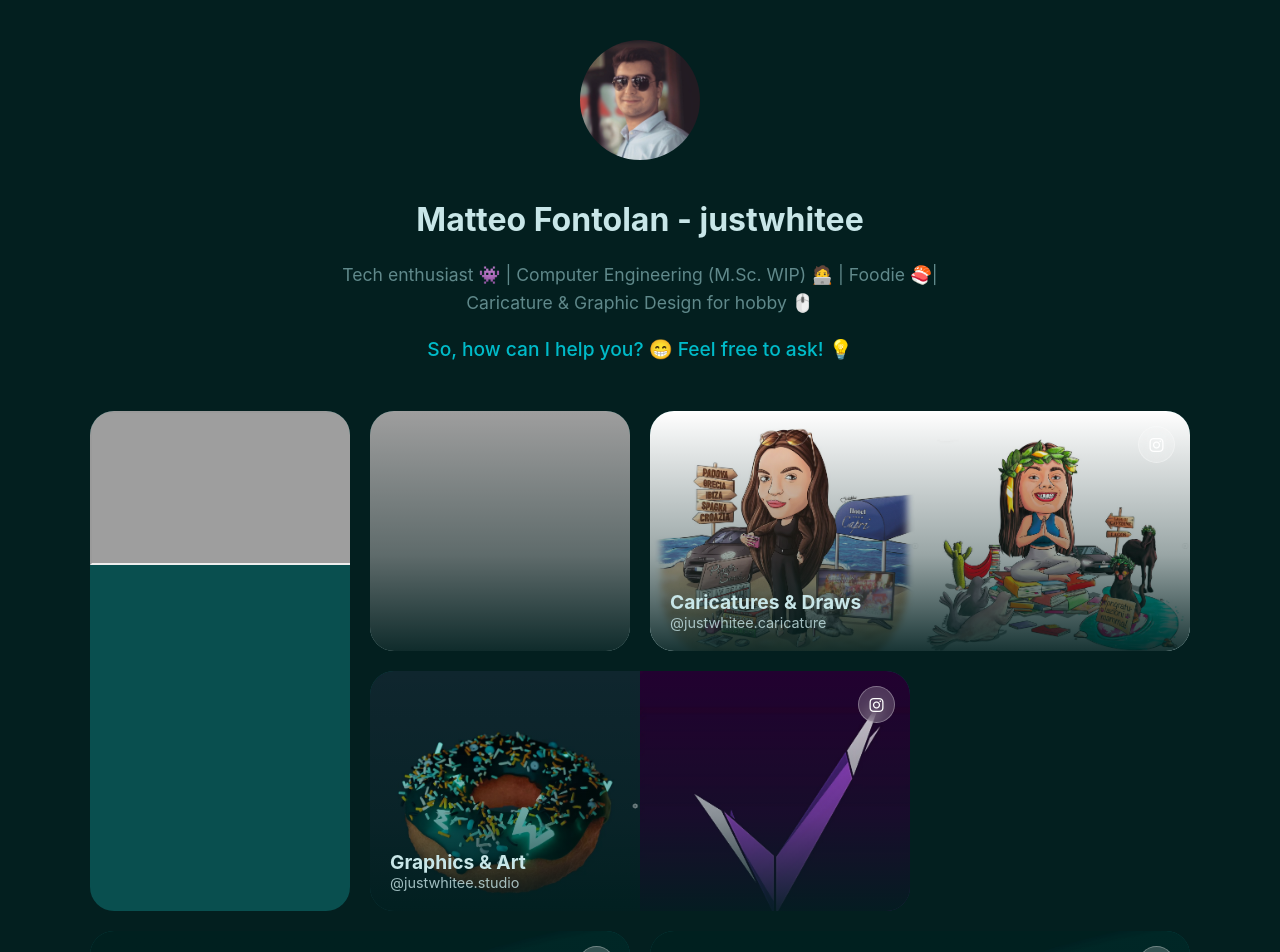
Repository: itsjustwhitee/itsjustwhitee.github.io
Page: bento/index.html
These files come from the project's save history. The page is drawn as it stood at one moment and after the next save; the edit follows.
The browser window is 1280 px wide. The pictures show the part of the page from y = 0 to 952 px (the page is 2251 px tall).
Pictures or frames that could not be fetched are drawn as grey boxes.

Above is the page before, as saved 2026-01-17 21:45:44.

### bento/index.html
<!DOCTYPE html>
<html lang="en">
<head>
    <meta charset="UTF-8">
    <meta name="viewport" content="width=device-width, initial-scale=1.0">
    <title>justwhitee's bento</title>
    <link rel="stylesheet" href="style.css">
    <link rel="stylesheet" href="https://cdnjs.cloudflare.com/ajax/libs/font-awesome/6.5.1/css/all.min.css">
</head>
<body>
    <div class="container">
        <!-- Profile Header -->
        <header class="profile-header">
            <img src="./assets/propic.jpg" alt="That should've been me :C" class="profile-pic">
            <h1>Matteo Fontolan - justwhitee</h1>
            <p class="bio">Tech enthusiast 👾 | Computer Engineering (M.Sc. WIP) 🧑‍💻 | Foodie 🍣| Caricature & Graphic Design for hobby 🖱️
            </p>
            <p class="cta">So, how can I help you? 😁 Feel free to ask! 💡</p>
        </header>

        <!-- Bento Grid -->
        <main class="bento-grid" id="bento-grid">
            <!-- Contents will be displayed here by JS -->
        </main>
    </div>
    <script src="script.js"></script>
</body>
</html>

### bento/style.css
:root {
    --bg-color: #031f1f;
    --card-bg: #094f4f;
    --text-light: #c8e6e8;
    --text-dim: #60898b;
    --accent: #00bbc9;
    --radius: 24px;
}

body {
    font-family: 'Inter', sans-serif;
    background-color: var(--bg-color);
    color: var(--text-light);
    margin: 0;
    padding: 40px 20px;
}

.container {
    max-width: 1100px;
    margin: 0 auto;
}

.profile-header {
    text-align: center;
    margin-bottom: 50px;
}

.profile-pic {
    width: 120px;
    height: 120px;
    border-radius: 50%;
    object-fit: cover;
    margin-bottom: 15px;
}

/* Dinamic Grid */
.bento-grid {
    display: grid;
    grid-template-columns: repeat(4, 1fr); /* 4 columns on desktop */
    grid-auto-rows: 240px; /* Base height of every slot */
    gap: 20px;
}

/* Base Card */
.card {
    position: relative;
    background: var(--card-bg);
    border-radius: var(--radius);
    transition: transform 0.3s ease;
    overflow: hidden;
}

.card:hover {
    transform: translateY(-5px);
}

/* Cards dimensions */
.small { grid-column: span 1; grid-row: span 1; } /* Square 1x1 */
.wide  { grid-column: span 2; grid-row: span 1; } /* Horizontal Rectangle 2x1 */
.tall  { grid-column: span 1; grid-row: span 2; } /* Vertical Rectangle 1x2 */
.large { grid-column: span 2; grid-row: span 2; } /* Large Square 2x2 */

/* Overlay for background images (for text readability) */
.card-image-bg {
    position: absolute;
    top: 0; left: 0; width: 100%; height: 100%;
    background-size: cover;
    background-position: center;
    z-index: 1;
    transition: transform 0.5s ease;
}
.card-image-bg[style*="background-color"] {
    opacity: 1;
}

/* Internal Cards styles */
.card h3 {
    font-size: 1.3rem;
    margin: 0;
    font-weight: 700;
    /* text-shadow: 0 2px 4px rgba(0,0,0,0.5); /* Leggibilità sopra le foto */
}
.card p {
    font-size: 0.9rem;
    opacity: 0.9;
    margin-top: 5px;
}

/* Responsive: scale tablet and mobile */
@media (max-width: 900px) {
    .bento-grid { grid-template-columns: repeat(2, 1fr); }
}

@media (max-width: 600px) {
    .bento-grid {
        grid-template-columns: 1fr;
        grid-auto-rows: auto;
    }
    .small, .wide, .tall, .large {
        grid-column: span 1;
        grid-row: auto;
        min-height: 250px;
    }
}
.card.wide[style*="background-color"] .overlay {
    justify-content: center;
}

.overlay {
    position: absolute;
    bottom: 0;
    left: 0;
    width: 100%;
    height: 100%;
    /* Gradiente scuro dal basso verso l'alto per far risaltare il testo bianco */
    background: linear-gradient(to top, rgba(0, 31, 31, 0.9) 0%, rgba(0, 31, 31, 0.4) 40%, transparent 100%);
    display: flex;
    flex-direction: column;
    justify-content: flex-end;
    padding: 20px;
    box-sizing: border-box;
    z-index: 2;
}

.bio {
    font-size: 1.1rem;
    color: var(--text-dim);
    max-width: 600px;
    margin: 10px auto;
    line-height: 1.6;
}

.cta {
    font-size: 1.2rem;
    font-weight: 500;
    margin-top: 20px;
    color: var(--accent);
}

/* linkable cards (graphical elements) */
.card-link {
    text-decoration: none;
    color: inherit;
    cursor: pointer;
    display: block;
}

/* Hover effect more emphatized*/
.card-link:hover .card-image-bg {
    transform: scale(1.1);
}

/* Avoid that the iframe "eats" the click if the card is a link */
.iframe-container {
    width: 100%;
    height: 100%;
    pointer-events: none; /* Makes the iframe non-interactive so the click passes to the card */
}

/* Allign title and icon in a row */
.title-row {
    display: flex;
    align-items: center;
    gap: 12px;
    margin-bottom: 5px;
}

.card-icon {
    font-size: 1.5rem; /* icon size */
    display: flex;
    align-items: center;
    justify-content: center;
}

.overlay h3 {
    margin: 0;
    font-size: 1.2rem;
}

.overlay p {
    margin: 0;
    font-size: 0.9rem;
    opacity: 0.8;
}

/* Grid for Instagram manual cards */
.ig-grid-container {
    display: grid;
    grid-template-columns: 1fr 1fr;
    grid-template-rows: 1fr 1fr;
    width: 100%;
    height: 100%;
    gap: 0;
}

.ig-photo {
    width: 100%;
    height: 100%;
    object-fit: cover;
}

/* Icon in the corner for cards with links */
.card-corner-icon {
    position: absolute;
    top: 15px;
    right: 15px;
    z-index: 10;
    background: rgba(255, 255, 255, 0.2);
    backdrop-filter: blur(8px); /* glass blurred effect */
    width: 35px;
    height: 35px;
    border-radius: 50%;
    display: flex;
    align-items: center;
    justify-content: center;
    color: white;
    font-size: 1rem;
    border: 1px solid rgba(255, 255, 255, 0.3);
}

/* Card fix for white ones */
/* If the background is white, the text must become dark to be readable */
.card[style*="background-color: #ffffff"] .overlay,
.card[style*="background-color: white"] .overlay {
    background: rgba(255, 255, 255, 0.1); /* Remove the dark gradient */
    color: #031f1f; /* Dark color same as your --bg-color */
}

.card[style*="background-color: #ffffff"] .card-icon {
    color: #031f1f;
}

/* Center content for cards without image (only color) */
.card-image-bg[style*="background-color"] + .overlay {
    justify-content: center;
    align-items: center;
    text-align: center;
    background: none; /* Remove gradient if it's only a solid color */
}

### bento/script.js
const bentoData = [
    {
        // GitHub
        type: "iframe",
        size: "tall",
        src: "https://github-readme-stats.vercel.app/api?username=itsjustwhitee&show_icons=true&theme=dark&hide_border=true",
    },
    {
        type: "image",
        size: "small",
        bg: "assets/logo_itsjustwhitee.png",
    },
    {
        type: "instagram-manual",
        size: "wide",
        title: "Caricatures & Draws",
        username: "@justwhitee.caricature",
        images: [
            "assets/justwhitee.caricature/1.png",
            "assets/justwhitee.caricature/2.png",
            "assets/justwhitee.caricature/3.png",
            "assets/justwhitee.caricature/4.png",
        ],
        link: "https://www.instagram.com/justwhitee.caricature"
    },
    {
        type: "instagram-manual",
        size: "wide",
        title: "Graphics & Art",
        username: "@justwhitee.studio",
        images: [
            "assets/justwhitee.studio/1.png",
            "assets/justwhitee.studio/2.png",
            "assets/justwhitee.studio/3.png",
            "assets/justwhitee.studio/4.png",
        ],
        link: "https://www.instagram.com/justwhitee.studio"
    },
    {
        type: "image",
        size: "wide",
        title: "Contact Me",
        desc: "If you want to collaborate, reach out here or on justwhitee.studio@gmail.com!",
        bg: "assets/writeTelegram.jpg",
        link: "https://t.me/justwhitee"
    },
    {
        type: "image",
        size: "wide",
        title: "Support Me",
        desc: "If you want to buy me a coffee or something, you can do it here!",
        bg: "assets/paypalBanner.jpg",
        link: "https://www.paypal.com/paypalme/justwhitee"
    },
    {
        type: "image",
        size: "wide",
        title: "My Subito Shop",
        desc: "Something I do not use anymore, may be you can find something useful!",
        bg: "assets/Subito.jpg",
        link: "https://www.subito.it/utente/115681616"
    },
    {
        type: "image",
        size: "wide",
        title: "My Vinted Shop",
        desc: "...Or here...",
        bg: "assets/Vinted.jpg",
        link: "https://www.vinted.it/member/98964478-matteottf"
    },
    {
        type: "image",
        size: "wide",
        title: "My Wallapop Shop",
        desc: "...Or even here...",
        bg: "assets/Wallapop.jpg",
        link: "https://www.wallapop.com/user/matteof-452229251"
    },
    {
        type: "image",
        size: "wide",
        title: "My ebay Shop",
        desc: "...Or finally here!",
        bg: "assets/ebay.jpg",
        link: "https://ebay.us/m/cxwlKH"
    },
    {
        type: "image",
        size: "wide",
        title: "Me in private :D",
        link: "https://www.instagram.com/matteo.ttf",
        bg: "#ffffff",
    },
    {
        type: "image",
        size: "wide",
        title: "Some Notes and Resources",
        link: "https://justwhitee.notion.site/Materiali-utili-su-Notion-6d4afc02fd114ee1b65fac5ab8e25201?pvs=4",
        bg: "#ffffff",
    },
    {
        type: "image",
        size: "wide",
        title: "My amazon wishlist",
        link: "https://www.amazon.it/hz/wishlist/ls/2VEY37Y3KUVK8?ref_=wl_share",
        bg: "#ffffff",
    },
];

function getIcon(link) {
    if (!link) return "";
    if (link.includes("instagram.com")) return '<i class="fa-brands fa-instagram"></i>';
    if (link.includes("telegram.me") || link.includes("t.me")) return '<i class="fa-brands fa-telegram"></i>';
    if (link.includes("paypal.me")) return '<i class="fa-brands fa-paypal"></i>';
    if (link.includes("amazon.")) return '<i class="fa-brands fa-amazon"></i>';
    if (link.includes("github.com")) return '<i class="fa-brands fa-github"></i>';
    if (link.includes("notion.site")) return '<i class="fa-solid fa-note-sticky"></i>';
    if (link.includes("vinted")) return '<i class="fa-solid fa-shirt"></i>';
    if (link.includes("ebay")) return '<i class="fa-brands fa-ebay"></i>';
    if (link.includes("subito")) return '<i class="fa-solid fa-cart-shopping"></i>';
    return '<i class="fa-solid fa-link"></i>'; // Icona di default
}

const grid = document.getElementById('bento-grid');

function loadBento() {
    bentoData.forEach(item => {
        const card = document.createElement(item.link ? 'a' : 'div');
        if (item.link) {
            card.href = item.link;
            card.target = "_blank";
            card.classList.add('card-link');
        }

        card.classList.add('card', item.size);

        if (item.type === "image") {
            const isColor = item.bg.startsWith('#');
            const bgStyle = isColor ? `background-color: ${item.bg}` : `background-image: url('${item.bg}')`;
            const iconHtml = isColor ? `<div class="card-icon">${getIcon(item.link)}</div>` : '';
            const cornerIconHtml = (!isColor && item.link) ? `<div class="card-corner-icon">${getIcon(item.link)}</div>` : '';

            card.innerHTML = `
                <div class="card-image-bg" style="${bgStyle}"></div>
                ${cornerIconHtml}
                <div class="overlay">
                    <div class="title-row">
                        ${iconHtml}
                        <h3>${item.title || ''}</h3>
                    </div>
                    ${item.desc ? `<p>${item.desc}</p>` : ''}
                </div>
            `;
        } else if (item.type === "iframe") {
            card.innerHTML = `<div class="iframe-container"><iframe src="${item.src}"></iframe></div>`;
        }
        else if (item.type === "instagram-manual") {
            let photosHtml = '';
            item.images.forEach(img => {
                photosHtml += `<img src="${img}" class="ig-photo">`;
            });

            card.innerHTML = `
                <div class="ig-grid-container">
                    ${photosHtml}
                </div>
                <div class="card-corner-icon"><i class="fa-brands fa-instagram"></i></div>
                <div class="overlay">
                    <h3>${item.title}</h3>
                    <p>${item.username}</p>
                </div>
            `;
        }

        grid.appendChild(card);
    });
}

document.addEventListener('DOMContentLoaded', loadBento);

After the next save:
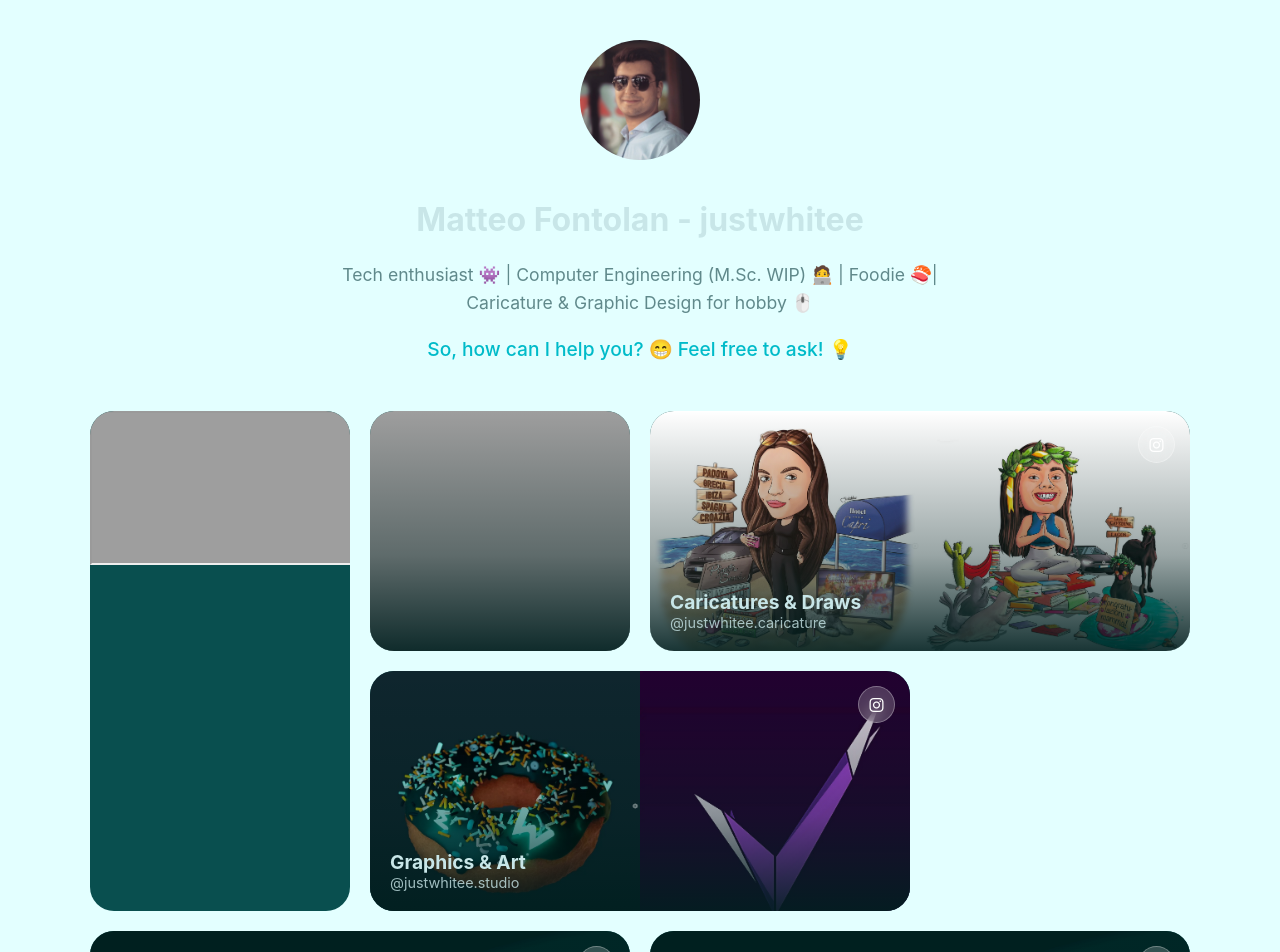
Saved 4 min 4 s later.
--- a/bento/style.css
+++ b/bento/style.css
@@ -1,5 +1,5 @@
 :root {
-    --bg-color: #031f1f;
+    --bg-color: #e3ffff;
     --card-bg: #094f4f;
     --text-light: #c8e6e8;
     --text-dim: #60898b;
